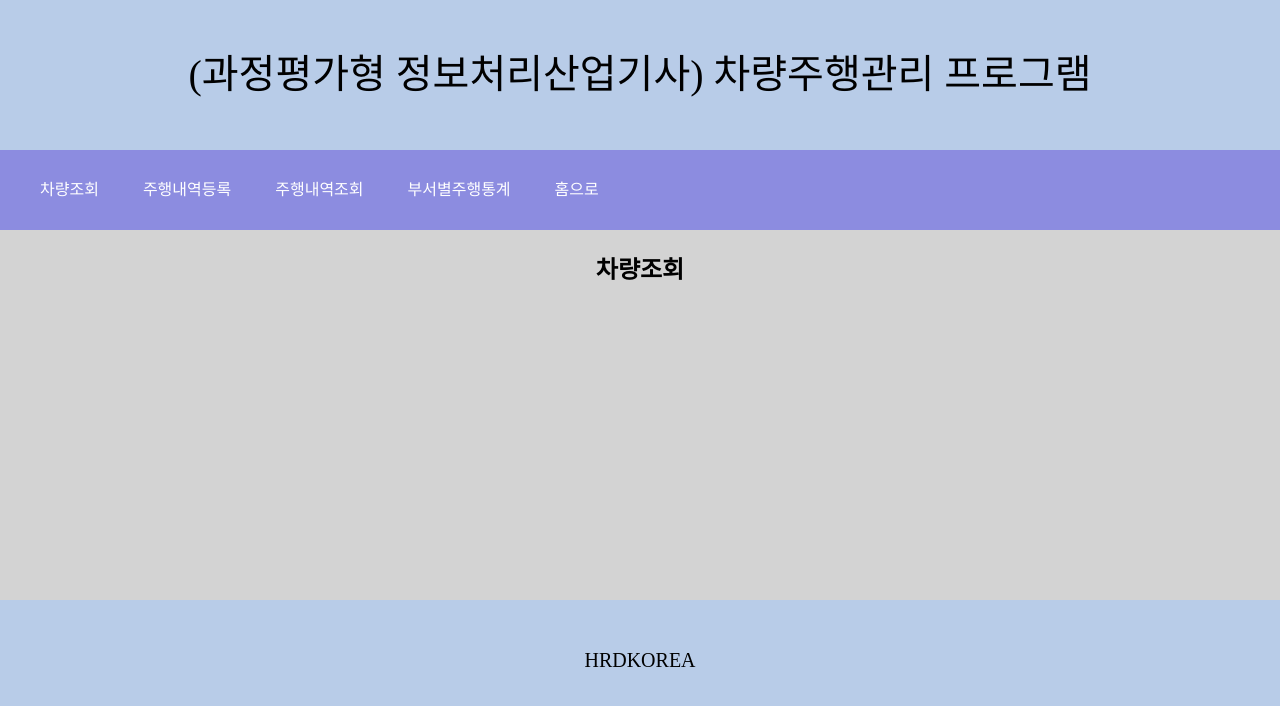
Repository: junhee97/-
Page: http://localhost/HRD_04/c_list.jsp
An editor plug-in stored every save of this project. The page is shown before and after the next save, followed by the edit.
The browser window is 1280 px wide. The pictures show the whole page.
The page is served by Tomcat 9.

Above is the page before, as saved 2025-08-14 13:54:53.

### HRD_04/WebContent/c_list.jsp
<%@ page language="java" contentType="text/html; charset=UTF-8"
    pageEncoding="UTF-8"%>
<!DOCTYPE html PUBLIC "-//W3C//DTD HTML 4.01 Transitional//EN" "http://www.w3.org/TR/html4/loose.dtd">
<html>
<head>
<meta http-equiv="Content-Type" content="text/html; charset=UTF-8">
<title>Insert title here</title>
</head>
<body>

<jsp:include page="header.jsp"></jsp:include>

<section style="position: fixed; top: 230px; left: 0px; width: 100%; height: 100%; background-color: lightgray;">
<h2 style="text-align: center;">차량조회</h2>

</section>

<jsp:include page="footer.jsp"></jsp:include>

</body>
</html>

### HRD_04/WebContent/header.jsp
<%@ page language="java" contentType="text/html; charset=UTF-8"
	pageEncoding="UTF-8"%>
<!DOCTYPE html PUBLIC "-//W3C//DTD HTML 4.01 Transitional//EN" "http://www.w3.org/TR/html4/loose.dtd">
<html>
<head>
<meta http-equiv="Content-Type" content="text/html; charset=UTF-8">
<title>Insert title here</title>

<style>
a {
	text-decoration: none;
	color: white;
}
</style>

</head>
<body>

	<header style="position:fixed; top:0px; left:0px; width:100%; height: 150px; line-height: 150px; background-color: #B8CCE8; text-align: center; font-size: 40px;">
	(과정평가형 정보처리산업기사) 차량주행관리 프로그램
	</header>

	<nav style="position: fixed; top: 150px; left: 0px; width: 100%; height: 80px; line-height: 80px; background-color: #8C8CE0; color :white; padding-left: 40px;">
		<a href="c_list.jsp">차량조회</a> &nbsp; &nbsp; &nbsp; &nbsp; &nbsp;
		<a href="insert.jsp">주행내역등록</a> &nbsp; &nbsp; &nbsp; &nbsp; &nbsp;
		<a href="r_list.jsp">주행내역조회</a> &nbsp; &nbsp; &nbsp; &nbsp; &nbsp;
		<a href="status.jsp">부서별주행통계</a> &nbsp; &nbsp; &nbsp; &nbsp; &nbsp;
		<a href="index.jsp">홈으로</a>
	</nav>

</body>
</html>

### HRD_04/WebContent/footer.jsp
<%@ page language="java" contentType="text/html; charset=UTF-8"
    pageEncoding="UTF-8"%>
<!DOCTYPE html PUBLIC "-//W3C//DTD HTML 4.01 Transitional//EN" "http://www.w3.org/TR/html4/loose.dtd">
<html>
<head>
<meta http-equiv="Content-Type" content="text/html; charset=UTF-8">
<title>Insert title here</title>
</head>
<body>

	<footer style="position: fixed; bottom: 0px; left: 0px; width: 100%; height: 120px; line-height: 120px; text-align: center; background-color: #B8CCE8; font-size: 20px;">
		HRDKOREA
	</footer>

</body>
</html>

After the next save:
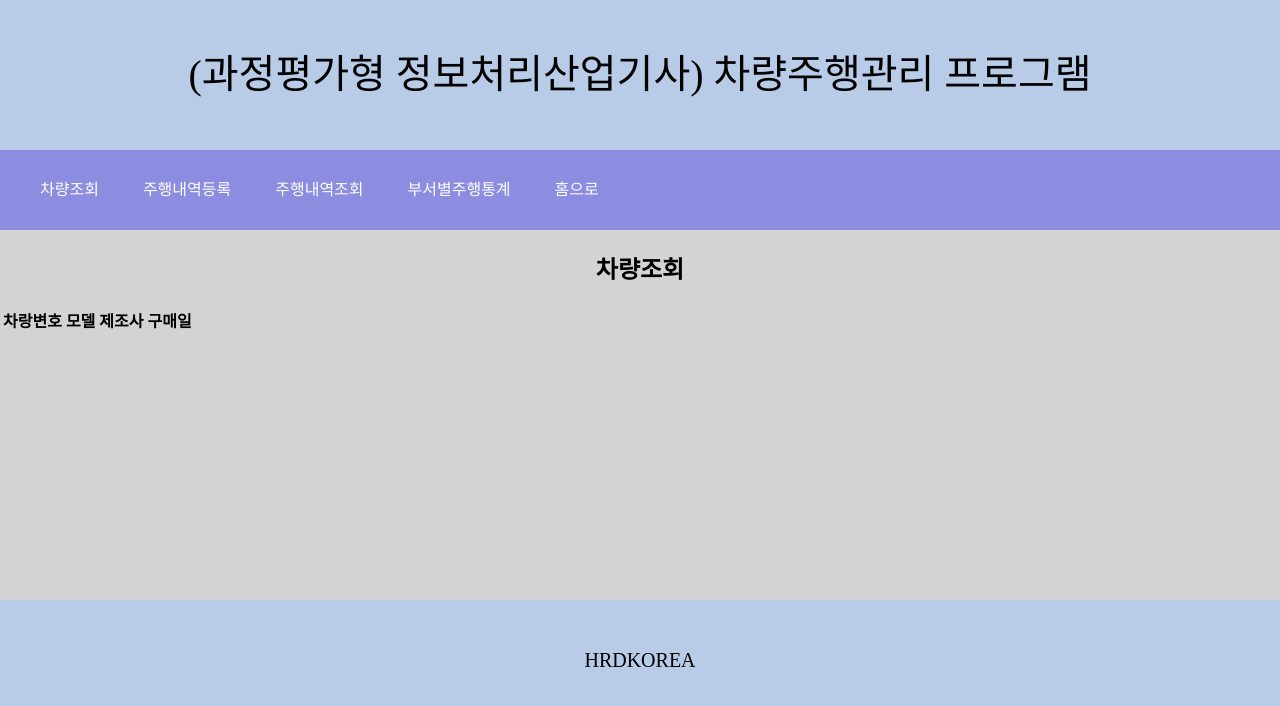
Saved 14 min 46 s later.
--- a/HRD_04/WebContent/c_list.jsp
+++ b/HRD_04/WebContent/c_list.jsp
@@ -13,6 +13,17 @@
 <section style="position: fixed; top: 230px; left: 0px; width: 100%; height: 100%; background-color: lightgray;">
 <h2 style="text-align: center;">차량조회</h2>
 
+<form>
+	<table>
+		<tr>
+			<th>차랑변호</th>
+			<th>모델</th>
+			<th>제조사</th>
+			<th>구매일</th>
+		</tr>
+	</table>
+</form>
+
 </section>
 
 <jsp:include page="footer.jsp"></jsp:include>
